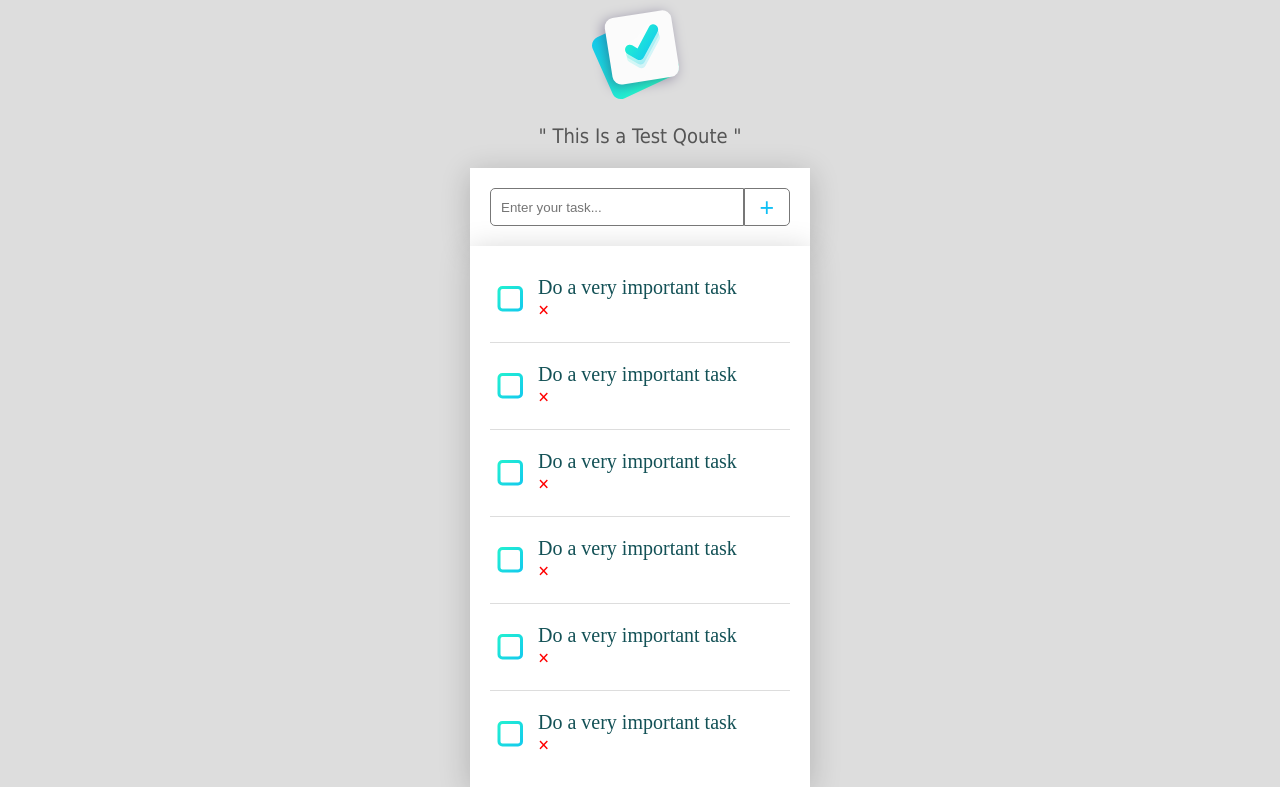
Repository: ahmedhamed15/React-Todo
Page: /
These files come from the project's save history. The page is drawn as it stood at one moment and after the next save; the edit follows.
The browser window is 1280 px wide. The pictures show the whole page.
The project was rebuilt for these pictures with package versions that can differ from the ones it lists, and the page was loaded fresh each time.

Above is the page before, as saved 2021-07-26 21:18:44.

### src/index.js
import React from 'react';
import ReactDOM from 'react-dom';
import './index.scss';
import App from './App';

ReactDOM.render(<App />,document.getElementById('root'));

### src/index.scss
html {
  background: #ddd;
  height: 100%;
  display: flex;
}
body {
  width: 100%;
  margin: auto;
  margin: 0;
  padding: 0;
}

### src/App.js
import MainLogo from "./components/MainLogo";
import Qoute from "./components/Qoute";
import TodoList from "./components/Todos/TodoList";

function App() {
  return (
    <section className="App">
      <MainLogo />
      <Qoute />
      <TodoList />
    </section>
  );
}

export default App;

### src/components/MainLogo/index.js
import "./style.scss"

const index = () => {
    return (
        <section className="main-logo">
            <svg width="100px" height="100px" viewBox="0 0 100 100" version="1.1" xmlns="http://www.w3.org/2000/svg" xmlnsXlink="http://www.w3.org/1999/xlink">
                <desc>Created with Sketch.</desc>
                <defs>
                <linearGradient x1="34.9523037%" y1="0%" x2="116.039609%" y2="115.484477%" id="linearGradient-1">
                    <stop stop-color="#27FDC7" offset="0%"></stop>
                    <stop stop-color="#0FC0F5" offset="100%"></stop>
                </linearGradient>
                <rect id="path-2" x="19.8783454" y="5.46149939" width="67.2578578" height="67.2008596" rx="8.99999976"></rect>
                <filter x="-35.7%" y="-28.3%" width="162.4%" height="162.5%" filterUnits="objectBoundingBox" id="filter-3">
                    <feOffset dx="-3" dy="2" in="SourceAlpha" result="shadowOffsetOuter1"></feOffset>
                    <feGaussianBlur stdDeviation="6.5" in="shadowOffsetOuter1" result="shadowBlurOuter1"></feGaussianBlur>
                    <feColorMatrix values="0 0 0 0 0.0296505968   0 0 0 0 0.0172602666   0 0 0 0 0.100446429  0 0 0 0.423177083 0" type="matrix" in="shadowBlurOuter1"></feColorMatrix>
                </filter>
                <linearGradient x1="0%" y1="0%" x2="115.291753%" y2="112.548614%" id="linearGradient-4">
                    <stop stop-color="#27FDC7" offset="0%"></stop>
                    <stop stop-color="#0FC0F5" offset="83.2001616%"></stop>
                    <stop stop-color="#27FDC7" offset="100%"></stop>
                </linearGradient>
                <path d="M40.2086259,6.21042694 C39.2480415,5.24152695 38.1027468,4.75708888 36.7727039,4.75708888 C35.4426658,4.75708888 34.3096854,5.24152695 33.3737297,6.21042694 L16.3049725,23.7622477 L12.0193093,19.3649757 C11.0833536,18.3960804 9.9503732,17.9116376 8.62033507,17.9116376 C7.29029269,17.9116376 6.14499751,18.3960804 5.1844131,19.3649757 C4.24845898,20.3338709 3.78048896,21.5077058 3.78048896,22.8865186 C3.78048896,24.2653314 4.24845898,25.4391663 5.1844131,26.4080615 L12.8690505,34.3082476 C13.8296349,35.2771428 14.9749296,35.7615833 16.3049725,35.7615833 C17.6350106,35.7615833 18.767991,35.2771428 19.7039467,34.3082476 L40.2086259,13.2535128 C41.1445816,12.2597758 41.61255,11.0797257 41.61255,9.71333379 C41.61255,8.34694665 41.1445816,7.17932216 40.2086259,6.21042694 Z" id="path-5"></path>
                <filter x="-51.5%" y="-62.9%" width="203.1%" height="225.8%" filterUnits="objectBoundingBox" id="filter-6">
                    <feOffset dx="0" dy="0" in="SourceAlpha" result="shadowOffsetOuter1"></feOffset>
                    <feGaussianBlur stdDeviation="6.5" in="shadowOffsetOuter1" result="shadowBlurOuter1"></feGaussianBlur>
                    <feColorMatrix values="0 0 0 0 1   0 0 0 0 1   0 0 0 0 1  0 0 0 0.588937953 0" type="matrix" in="shadowBlurOuter1"></feColorMatrix>
                </filter>
                </defs>
                <g id="Page-1" stroke="none" stroke-width="1" fill="none" fill-rule="evenodd">
                <g id="Artboard-2" transform="translate(-214.000000, -272.000000)">
                    <g id="Group-4" transform="translate(201.000000, 269.000000)">
                        <g id="Group-3" transform="translate(58.787474, 58.534712) rotate(-6.000000) translate(-58.787474, -58.534712) translate(5.642436, 5.434712)">
                            <g id="Group-2" transform="translate(52.899385, 53.035097) rotate(7.000000) translate(-52.899385, -53.035097) translate(5.609309, 5.785097)">
                            <path d="M20.0219734,15.1240886 L74.1829282,14.1930575 C79.1527566,14.1076258 83.2508546,18.0672116 83.3362864,23.03704 C83.3371726,23.0885978 83.3376158,23.1401624 83.3376158,23.1917278 L83.3376158,72.0429044 C83.3376158,76.9531616 79.4018358,80.9571794 74.4923039,81.0415747 L20.3313491,81.9726057 C15.3615207,82.0580374 11.2634227,78.0984516 11.1779909,73.1286232 C11.1771047,73.0770654 11.1766615,73.0255009 11.1766615,72.9739354 L11.1766615,24.1227589 C11.1766615,19.2125016 15.1124415,15.2084838 20.0219734,15.1240886 Z" id="Rectangle" fill="url(#linearGradient-1)" transform="translate(47.257139, 48.082832) scale(-1, -1) rotate(-25.000000) translate(-47.257139, -48.082832) "></path>
                            <g id="Rectangle" transform="translate(53.507274, 39.061929) rotate(-10.000000) translate(-53.507274, -39.061929) ">
                                <use fill="black" fill-opacity="1" filter="url(#filter-3)" xlinkHref="#path-2"></use>
                                <use fill="#FBFBFB" fill-rule="evenodd" xlinkHref="#path-2"></use>
                            </g>
                            </g>
                        </g>
                        <g id="Group-5" transform="translate(43.000000, 26.000000)">
                            <path d="M41.1093892,10.5623533 C40.1488048,9.59345333 39.0035101,9.10901526 37.6734673,9.10901526 C36.3434291,9.10901526 35.2104488,9.59345333 34.274493,10.5623533 L17.2057358,28.1141741 L12.9200727,23.716902 C11.9841169,22.7480068 10.8511366,22.263564 9.52109843,22.263564 C8.19105605,22.263564 7.04576086,22.7480068 6.08517646,23.716902 C5.14922234,24.6857973 4.68125232,25.8596322 4.68125232,27.238445 C4.68125232,28.6172578 5.14922234,29.7910927 6.08517646,30.7599879 L13.7698139,38.660174 C14.7303983,39.6290692 15.875693,40.1135096 17.2057358,40.1135096 C18.535774,40.1135096 19.6687543,39.6290692 20.6047101,38.660174 L41.1093892,17.6054392 C42.045345,16.6117022 42.5133134,15.4316521 42.5133134,14.0652602 C42.5133134,12.698873 42.045345,11.5312485 41.1093892,10.5623533 Z" id="Page-1" fill="url(#linearGradient-4)" opacity="0.3" transform="translate(23.597283, 24.611262) rotate(-16.000000) translate(-23.597283, -24.611262) "></path>
                            <path d="M42.0101526,14.2623533 C41.0495682,13.2934533 39.9042735,12.8090153 38.5742306,12.8090153 C37.2441925,12.8090153 36.1112121,13.2934533 35.1752564,14.2623533 L18.1064992,31.8141741 L13.820836,27.416902 C12.8848803,26.4480068 11.7518999,25.963564 10.4218618,25.963564 C9.09181941,25.963564 7.94652422,26.4480068 6.98593982,27.416902 C6.78271177,27.6272827 6.60154798,27.8473258 6.4424483,28.0770317 C5.8688243,28.9052219 5.58201568,29.8590202 5.58201568,30.938445 C5.58201568,32.3172578 6.04998569,33.4910927 6.98593982,34.4599879 L14.6705772,42.360174 C15.6311616,43.3290692 16.7764563,43.8135096 18.1064992,43.8135096 C19.4365373,43.8135096 20.5695177,43.3290692 21.5054734,42.360174 L42.0101526,21.3054392 C42.9461083,20.3117022 43.4140767,19.1316521 43.4140767,17.7652602 C43.4140767,16.398873 42.9461083,15.2312485 42.0101526,14.2623533 Z" id="Page-1" fill="url(#linearGradient-4)" opacity="0.2" transform="translate(24.498046, 28.311262) rotate(-16.000000) translate(-24.498046, -28.311262) "></path>
                            <g id="Page-1" transform="translate(22.696519, 20.259336) rotate(-16.000000) translate(-22.696519, -20.259336) ">
                            <use fill="black" fill-opacity="1" filter="url(#filter-6)" xlinkHref="#path-5"></use>
                            <use fill="url(#linearGradient-4)" fill-rule="evenodd" xlinkHref="#path-5"></use>
                            </g>
                        </g>
                    </g>
                </g>
                </g>
            </svg>
        </section>
    )
}

export default index

### src/components/Qoute/index.js
import "./style.scss"

const index = () => {
    return (
        <section className="qoute">
            <blockquote> This Is a Test Qoute </blockquote>
        </section>
    )
}

export default index

### src/components/Todos/TodoList/index.js
import TodoItem from "../TodoItem";
import TodoFrom from "../TodoForm";
import "./style.scss"

const index = () => {
    return (
        <section className="todos-list">

            {/* General SVG code for checkbox */}
            <svg viewBox="0 0 0 0" style={ {position: 'absolute', zIndex: '-1', opacity: '0'} }>
                <defs>
                <linearGradient id="boxGradient" gradientUnits="userSpaceOnUse" x1="0" y1="0" x2="25" y2="25">
                    <stop offset="0%"   stop-color="#27FDC7"/>
                    <stop offset="100%" stop-color="#0FC0F5"/>
                </linearGradient>

                <linearGradient id="lineGradient">
                    <stop offset="0%"    stop-color="#0FC0F5"/>
                    <stop offset="100%"  stop-color="#27FDC7"/>
                </linearGradient>

                <path id="todo__line" stroke="url(#lineGradient)" d="M21 12.3h168v0.1z"></path>
                <path id="todo__box" stroke="url(#boxGradient)" d="M21 12.7v5c0 1.3-1 2.3-2.3 2.3H8.3C7 20 6 19 6 17.7V7.3C6 6 7 5 8.3 5h10.4C20 5 21 6 21 7.3v5.4"></path>
                <path id="todo__check" stroke="url(#boxGradient)" d="M10 13l2 2 5-5"></path>
                <circle id="todo__circle" cx="13.5" cy="12.5" r="10"></circle>
                </defs>
            </svg>


            {/* Todo From */}
            <TodoFrom />

            {/* Todos List */}
            <div className="todo-list">
                <TodoItem />
                <TodoItem />
                <TodoItem />
                <TodoItem />
                <TodoItem />
                <TodoItem />
            </div>

        </section>
    )
}

export default index

### src/components/MainLogo/style.scss
.main-logo {
    text-align: center;
}

### src/components/Qoute/style.scss
.qoute {
    text-align: center;
    blockquote {
        font: {
            size: 20px;
            family: 'tahoma', arial;
            weight: 500;
        }
        color: #555;
        &::after,
        &::before {
            content: ' " ';
        }
    }
}

### src/components/Todos/TodoItem/index.js
import "./style.scss"

const index = () => {
    return (
        <label className="todo">
            <input className="todo__state" type="checkbox" />

            <svg xmlns="http://www.w3.org/2000/svg" xmlnsXlink="http://www.w3.org/1999/xlink" viewBox="0 0 200 25" className="todo__icon">
                <use xlinkHref="#todo__line" className="todo__line"></use>
                <use xlinkHref="#todo__box" className="todo__box"></use>
                <use xlinkHref="#todo__check" className="todo__check"></use>
                <use xlinkHref="#todo__circle" className="todo__circle"></use>
            </svg>

            <div className="todo__text">Do a very important task</div>

            <span className="todo__delete-btn"> &times; </span>

        </label>
    )
}

export default index

### src/components/Todos/TodoForm/index.js
import "./style.scss";

const index = () => {
    return (
        <form className="todo-form">
            <input type="text" className="todo-form__input-type" placeholder="Enter your task..." />
            <button type="submit" className="todo-form__button-type"> + </button>
        </form>
    )
}

export default index

### src/components/Todos/TodoList/style.scss
.todo-list {
    background: #FFF;
    font-size: 20px;
    max-width: 15em;
    margin: auto;
    padding: 0.5em 1em;
    box-shadow: 0 5px 30px rgba(0, 0, 0, 0.2);
}

### src/components/Todos/TodoItem/style.scss
  .todo {
    display: block;
    position: relative;
    padding: 1em 1em 1em 16%;
    margin: 0 auto;
    cursor: pointer;
    border-bottom: solid 1px #ddd;
  }
  .todo:last-child {
    border-bottom: none;
  }
  .todo__state {
    position: absolute;
    top: 0;
    left: 0;
    opacity: 0;
  }
  .todo__text {
    color: #135156;
    transition: all 0.4s linear 0.4s;
    padding-right: 20px;
  }
  .todo__icon {
    position: absolute;
    top: 0;
    bottom: 0;
    left: 0;
    width: 100%;
    height: auto;
    margin: auto;
    fill: none;
    stroke: #27FDC7;
    stroke-width: 2;
    stroke-linejoin: round;
    stroke-linecap: round;
  }
  .todo__line,
  .todo__box,
  .todo__check {
    transition: stroke-dashoffset 0.8s cubic-bezier(0.9, 0, 0.5, 1);
  }
  .todo__circle {
    stroke: #27FDC7;
    stroke-dasharray: 1 6;
    stroke-width: 0;
    transform-origin: 13.5px 12.5px;
    transform: scale(0.4) rotate(0deg);
    -webkit-animation: none 0.8s linear;
            animation: none 0.8s linear;
  }
  @-webkit-keyframes explode {
    30% {
      stroke-width: 3;
      stroke-opacity: 1;
      transform: scale(0.8) rotate(40deg);
    }
    100% {
      stroke-width: 0;
      stroke-opacity: 0;
      transform: scale(1.1) rotate(60deg);
    }
  }
  @keyframes explode {
    30% {
      stroke-width: 3;
      stroke-opacity: 1;
      transform: scale(0.8) rotate(40deg);
    }
    100% {
      stroke-width: 0;
      stroke-opacity: 0;
      transform: scale(1.1) rotate(60deg);
    }
  }
  .todo__box {
    stroke-dasharray: 56.1053, 56.1053;
    stroke-dashoffset: 0;
    transition-delay: 0.16s;
  }
  .todo__check {
    stroke: #27FDC7;
    stroke-dasharray: 9.8995, 9.8995;
    stroke-dashoffset: 9.8995;
    transition-duration: 0.32s;
  }
  .todo__line {
    stroke-dasharray: 168, 1684;
    stroke-dashoffset: 168;
  }
  .todo__circle {
    -webkit-animation-delay: 0.56s;
            animation-delay: 0.56s;
    -webkit-animation-duration: 0.56s;
            animation-duration: 0.56s;
  }
  .todo__state:checked ~ .todo__text {
    transition-delay: 0s;
    color: #5EBEC1;
    opacity: 0.6;
  }
  .todo__state:checked ~ .todo__icon .todo__box {
    stroke-dashoffset: 56.1053;
    transition-delay: 0s;
  }
  .todo__state:checked ~ .todo__icon .todo__line {
    stroke-dashoffset: -8;
  }
  .todo__state:checked ~ .todo__icon .todo__check {
    stroke-dashoffset: 0;
    transition-delay: 0.48s;
  }
  .todo__state:checked ~ .todo__icon .todo__circle {
    -webkit-animation-name: explode;
            animation-name: explode;
  }
  .todo__delete-btn {
    color: red;
    font: {
      size: 20px;
      weight: bold
    }
  }

### src/components/Todos/TodoForm/style.scss
.todo-form {
    background: #FFF;
    font-size: 20px;
    max-width: 15em;
    margin: auto;
    padding: 1em;
    box-shadow: 0 5px 30px rgba(0, 0, 0, 0.2);
    display: flex;
    .todo-form__input-type,
    .todo-form__button-type {
        height: 30px;
        border: 1px solid #777
    }
    .todo-form__input-type {
        width: 80%;
        padding: 3px 10px;
        border-radius: 5px 0 0 5px;
        &:focus {
            outline: 0;
        }
    }
    .todo-form__button-type {
        width: calc(20% - 0.5em);
        border-radius: 0 5px 5px 0;
        height: 38px;
        background: none;
        color: #0FC0F5;
        cursor: pointer;
        font: {
            size: 25px;
        }
    }
}

Loaded but not shown: public/index.html (common file)

After the next save:
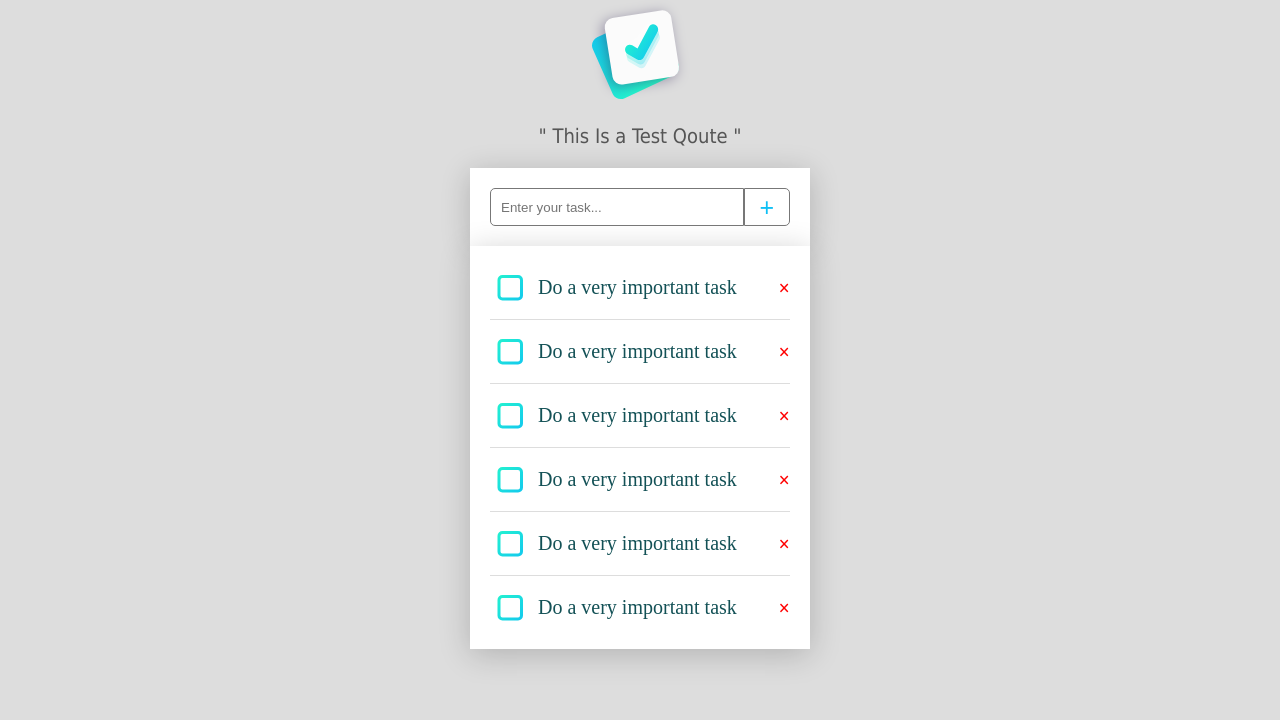
Saved 114 min 14 s later.
--- a/src/components/Todos/TodoItem/style.scss
+++ b/src/components/Todos/TodoItem/style.scss
@@ -118,5 +118,9 @@
     font: {
       size: 20px;
       weight: bold
-    }
+    };
+    position: absolute;
+    top: 50%;
+    right: 0;
+    transform: translateY(-50%);
   }
